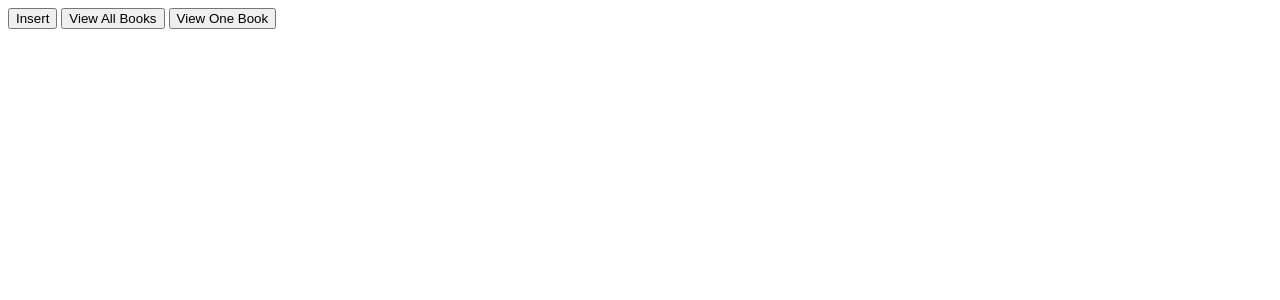
Repository: KoviAnusha/Typescript-files
Page: workspace-sts-3.9.9.RELEASE/BookHomeAssignment/WebContent/Index.html
These files come from the project's save history. The page is drawn as it stood at one moment and after the next save; the edit follows.
The browser window is 1280 px wide. The pictures show the whole page.

Above is the page before, as saved 2019-08-23 16:34:48.

After the next save:
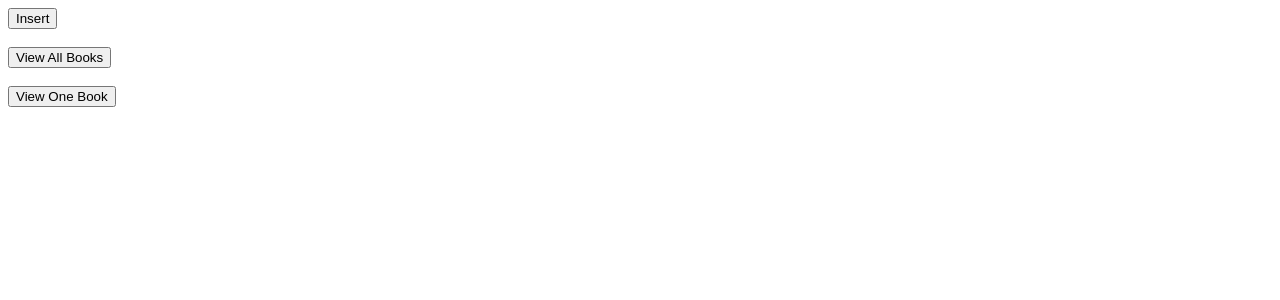
Saved 40 s later.
--- a/workspace-sts-3.9.9.RELEASE/BookHomeAssignment/WebContent/Index.html
+++ b/workspace-sts-3.9.9.RELEASE/BookHomeAssignment/WebContent/Index.html
@@ -6,9 +6,9 @@
 </head>
 <body>
 <form>
-<a href="../InsertBooks.html"><button>Insert</button></a>
-<a href="../ViewAllBook.html"><button>View All Books</button></a>
-<a href="../ViewOneBook.html"><button>View One Book</button></a>
+<a href="../InsertBooks.html"><button>Insert</button></a><br><br>
+<a href="../ViewAllBook.html"><button>View All Books</button></a><br><br>
+<a href="../ViewOneBook.html"><button>View One Book</button></a><br><br>
 </form>
 </body>
 </html>
